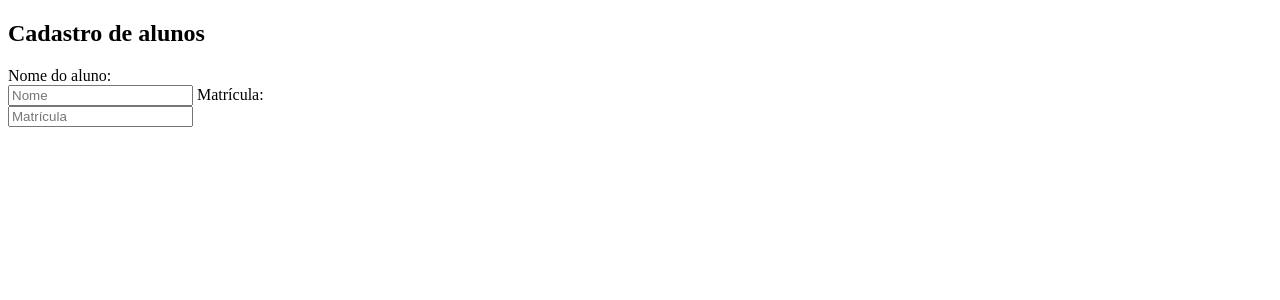
Repository: lorenavasconcellos/Trabalhos-WEB2
Page: CadastroAlunos/src/main/webapp/cadastrar_aluno.html
The author's editor kept a copy of each file at every save. The page is drawn from the files as they stood at one save, then again after the next save.
The browser window is 1280 px wide. The pictures show the whole page.

Above is the page before, as saved 2022-12-01 11:22:51.

After the next save:
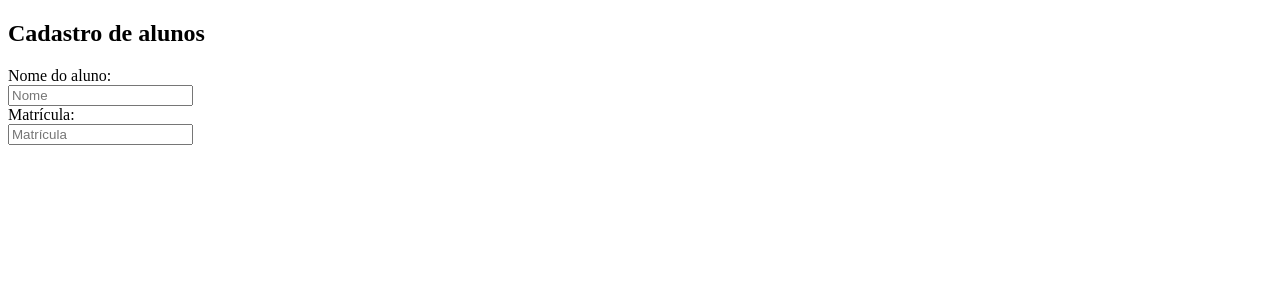
Saved 35 s later.
--- a/CadastroAlunos/src/main/webapp/cadastrar_aluno.html
+++ b/CadastroAlunos/src/main/webapp/cadastrar_aluno.html
@@ -9,7 +9,7 @@
 	<h2>Cadastro de alunos</h2>
 	<form action="aluno.do" method="post">
 		<label for="nome">Nome do aluno:</label><br>
-		<input id="nome" type="text" placeholder="Nome">
+		<input id="nome" type="text" placeholder="Nome"><br>
 		<label for="matricula">Matrícula:</label><br>
 		<input id="matricula" type="number" placeholder="Matrícula">
 	</form>
